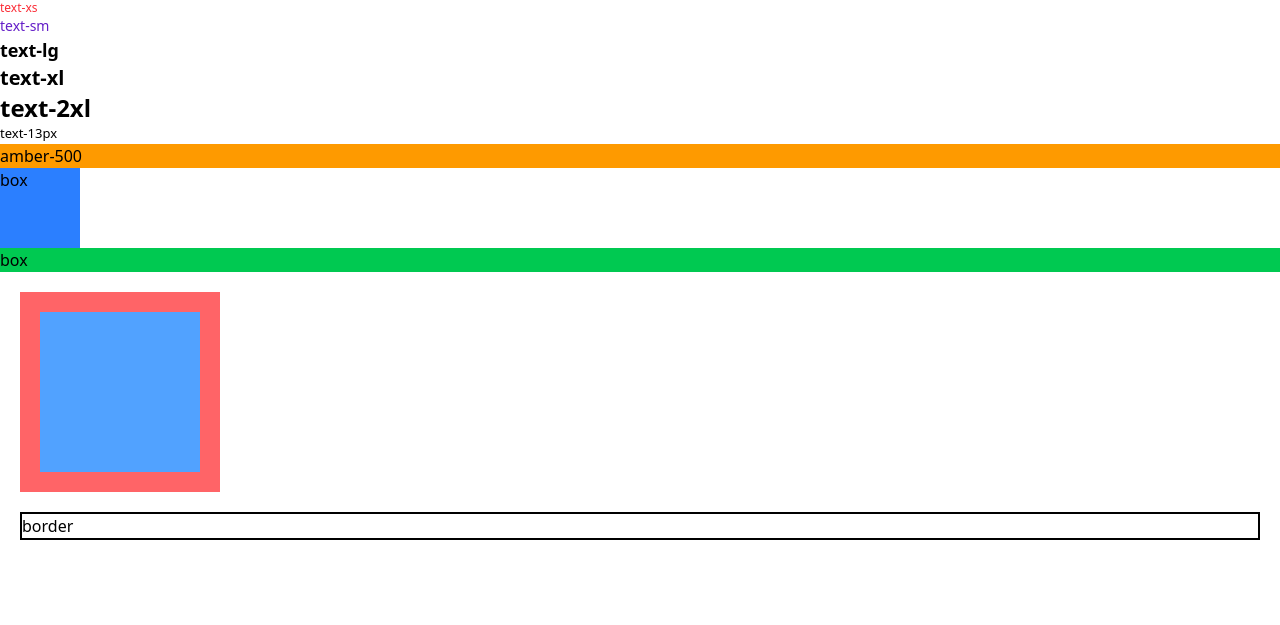
Repository: kkhhjjoo/onebite-tailwind
Page: /
These files come from the project's save history. The page is drawn as it stood at one moment and after the next save; the edit follows.
The browser window is 1280 px wide. The pictures show the whole page.
The project was rebuilt for these pictures with package versions that can differ from the ones it lists, and the page was loaded fresh each time. Also part of the build but not shown: vite.config.ts, src/App.css.

Above is the page before, as saved 2025-12-24 19:55:16.

### src/main.tsx
import { createRoot } from 'react-dom/client'
import './index.css'
import App from './App.tsx'

createRoot(document.getElementById('root')!).render(<App />);

### src/App.tsx
import "./App.css";

function App() {
  return (
    <div>
      {/* 1. 타이포그래프 */}
      <div className="text-xs text-red-500">text-xs</div>
      <div className="text-sm text-[rgb(100,30,200)]">text-sm</div>
      <div className="text-lg font-bold">text-lg</div>
      <div className="text-xl font-extrabold">text-xl</div>
      <div className="text-2xl font-black">text-2xl</div>
      <div className="text-[13px]">text-13px</div>

      {/* 2. 백그라운드 컬러 */}
      <div className="bg-amber-500">amber-500</div>

      {/* 3. 사이즈 */}
      <div className="h-20 w-20 bg-blue-500">box</div>
      <div className="w-full bg-green-500">box</div>

      {/* 4. 여백 */}
      {/* <div className="h-50 w-50 bg-red-400 pt-5 pr-5 pb-5 pl-5"> */}
      <div className="m-5 h-50 w-50 bg-red-400 px-5 py-5">
        <div className="h-full w-full bg-blue-400"></div>
      </div>

      {/* 5. 보더 */}
      <div className="m-5 border-x-2 border-y-2">border</div>
    </div>
  );
}

export default App;

Loaded but not shown: index.html (common file); src/index.css (common file)

After the next save:
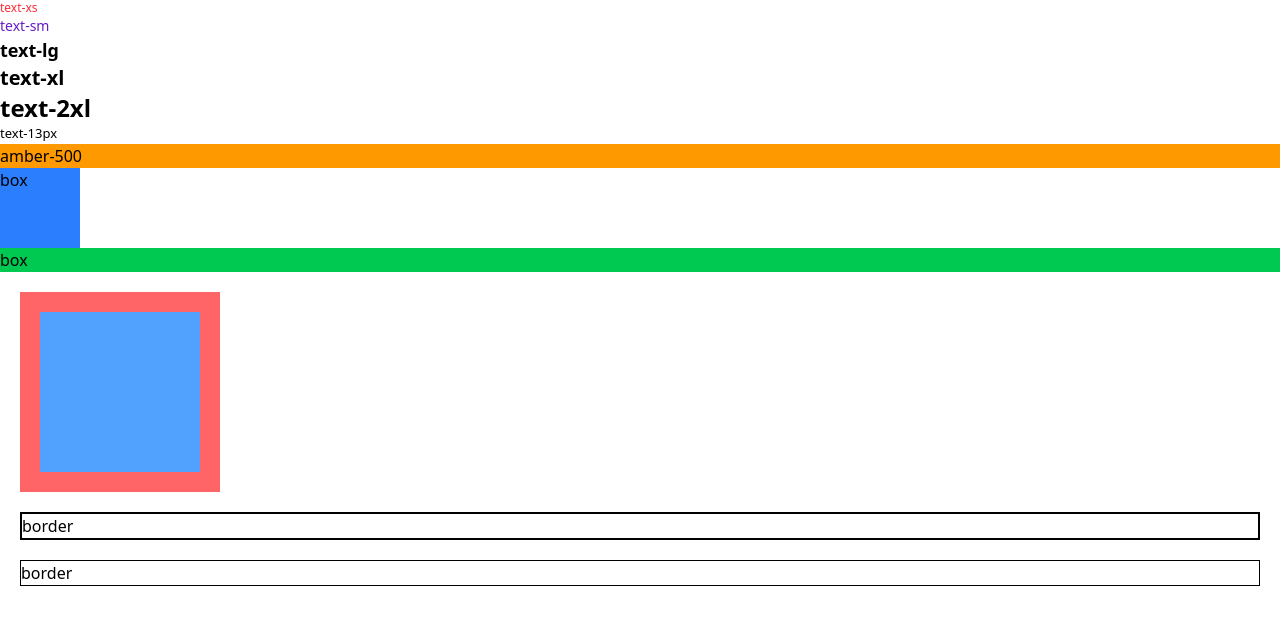
Saved 46 s later.
--- a/src/App.tsx
+++ b/src/App.tsx
@@ -26,6 +26,7 @@ function App() {
 
       {/* 5. 보더 */}
       <div className="m-5 border-x-2 border-y-2">border</div>
+      <div className="m-5 border-t border-r border-b border-l">border</div>
     </div>
   );
 }
